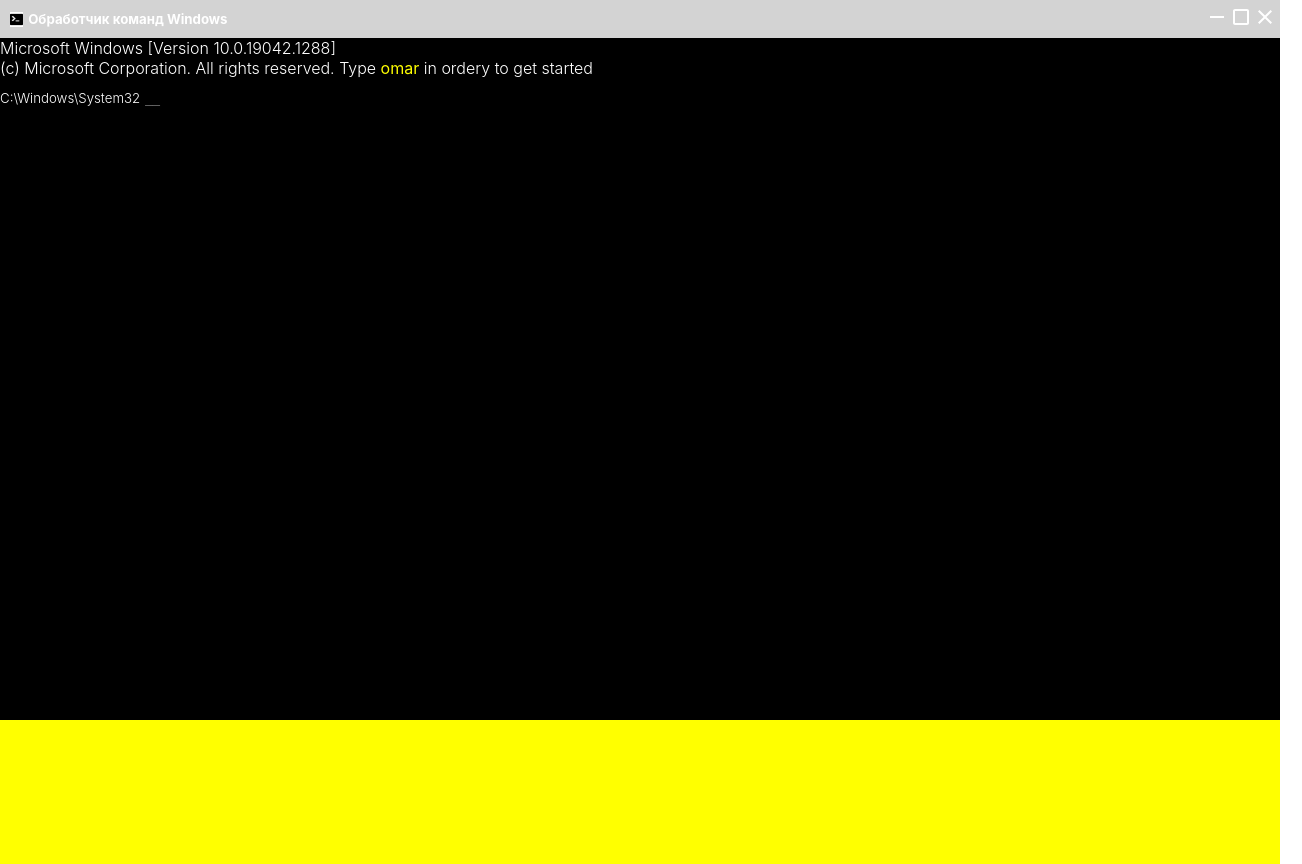
Repository: om1ars/cmd-port
Page: /
An editor plug-in stored every save of this project. The page is shown before and after the next save, followed by the edit.
The browser window is 1280 px wide. The page is 1280 px wide, then 1302 px, so the pictures cover 1302 px, including what lies to the right of the window. The pictures show the whole page.
The project was rebuilt for these pictures with package versions that can differ from the ones it lists, and the page was loaded fresh each time.

Above is the page before, as saved 2021-11-04 16:49:51.

After the next save:
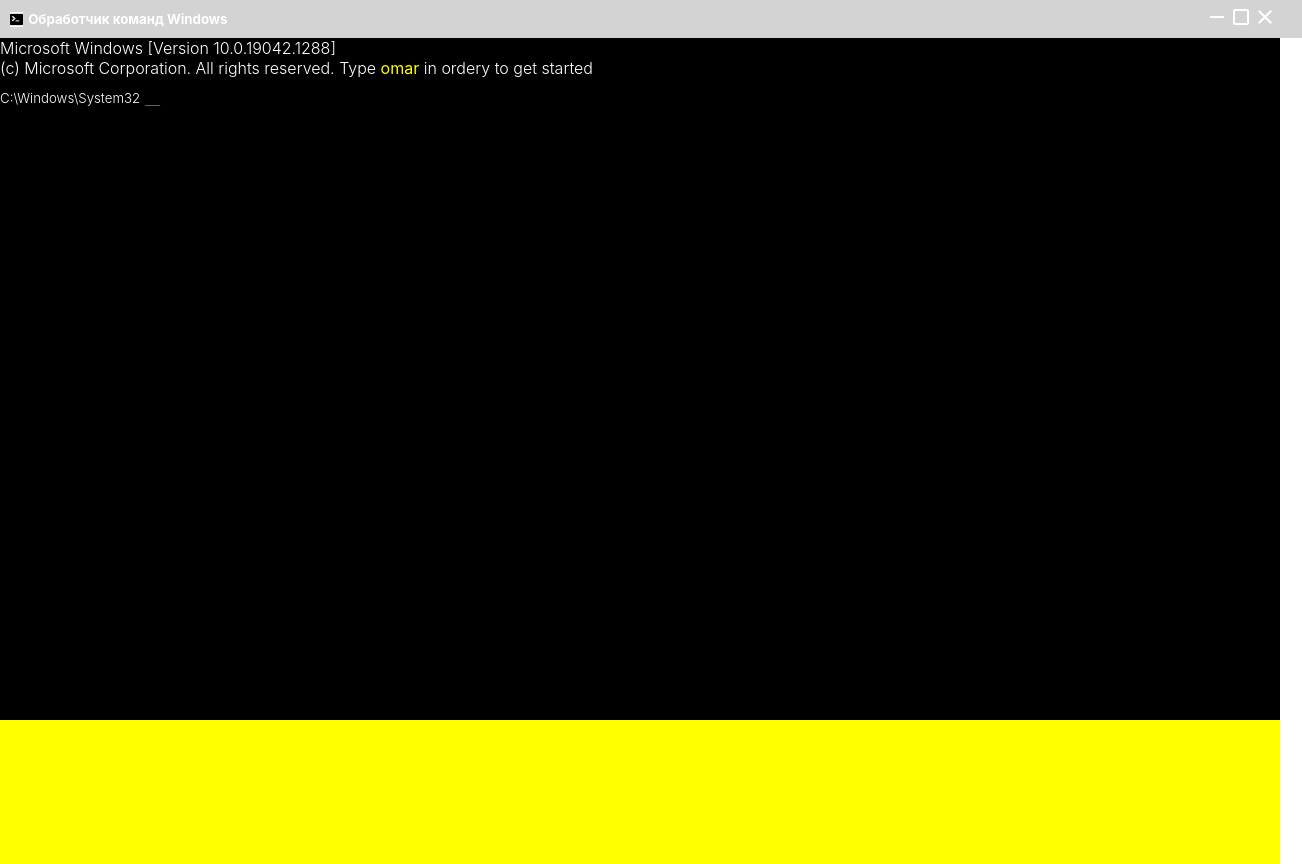
Saved 35 s later.
--- a/src/styles.css
+++ b/src/styles.css
@@ -2,8 +2,6 @@
   background-color: black;
   min-height: 100vh;
   color: white;
-  overflow-x: hidden;
-  overflow-y: scroll;
 }
 .App__navbar {
   /* height: 25px; */
